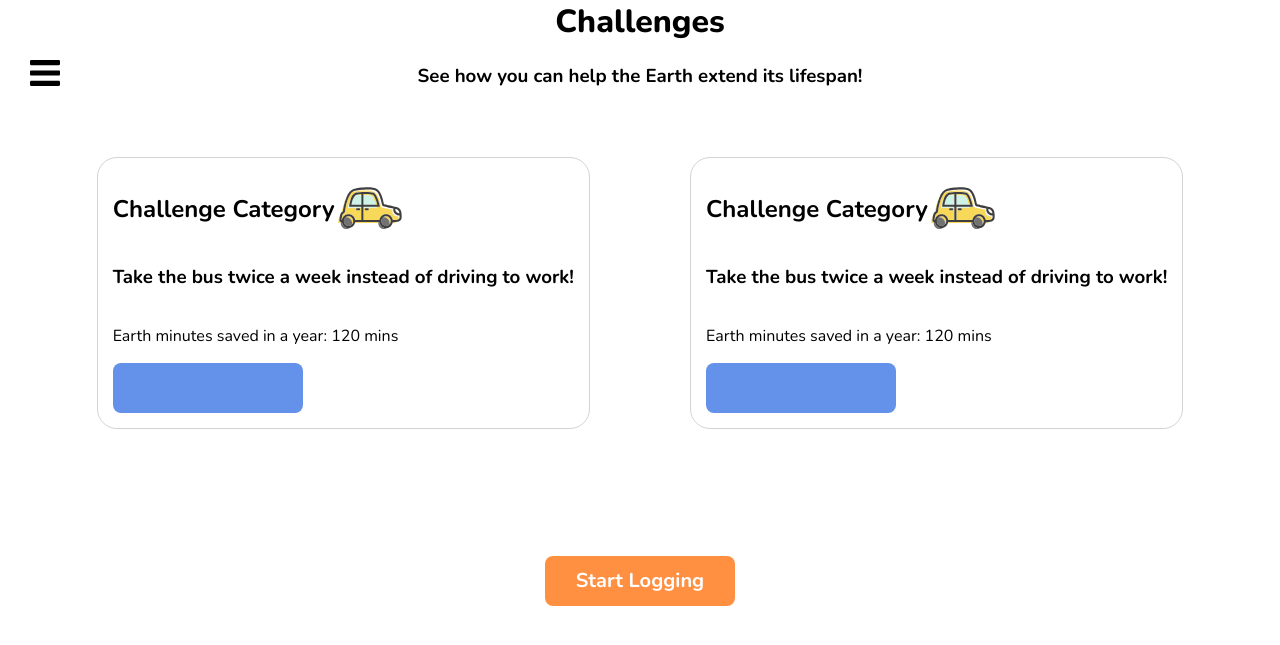
Repository: cho196/Timearth
Page: /challenges
These files come from the project's save history. The page is drawn as it stood at one moment and after the next save; the edit follows.
The browser window is 1280 px wide. The pictures show the whole page.
The project was rebuilt for these pictures with package versions that can differ from the ones it lists, and the page was loaded fresh each time. The framework's server and built-in components were replaced by stand-ins that run in the browser. Also part of the build but not shown: next.config.js.

Above is the page before, as saved 2022-04-12 22:02:36.

After the next save:
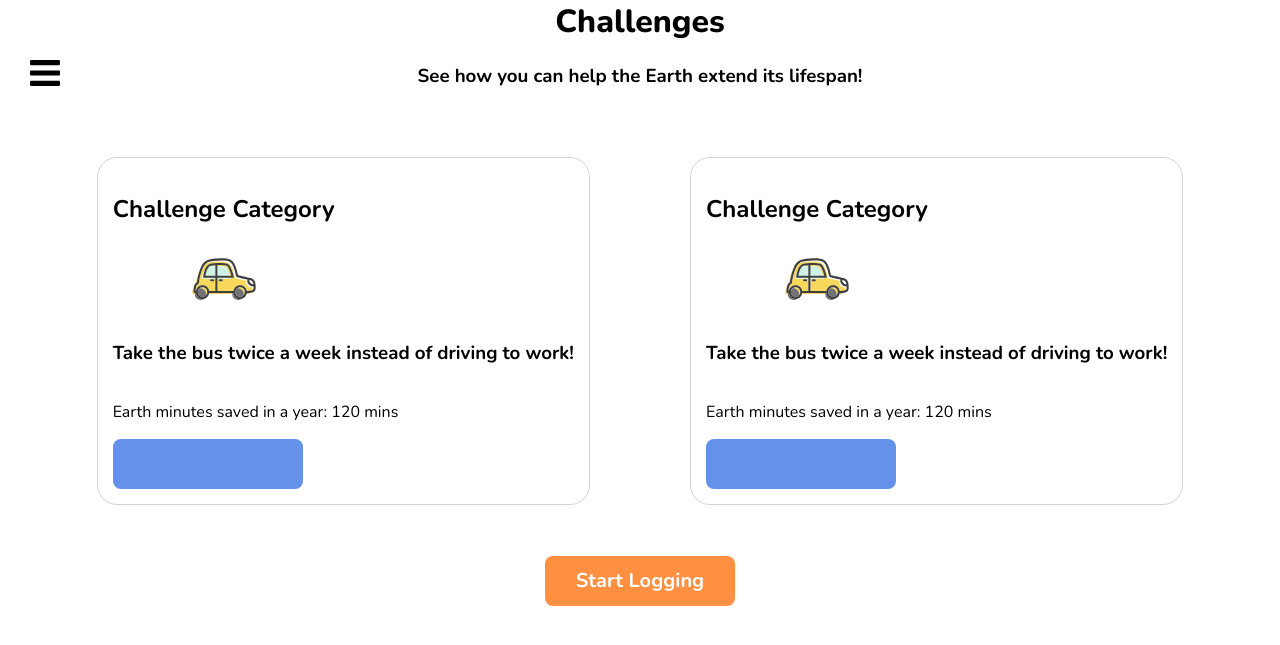
Saved 52 s later.
--- a/styles/globals.css
+++ b/styles/globals.css
@@ -69,11 +69,6 @@ button {
     justify-content: center;
 }
 
-.challenge-heading {
-    display:flex;
-    justify-content:right;
-}
-
 
 
 @media only screen and (max-width: 600px) and (max-height: 750px){
